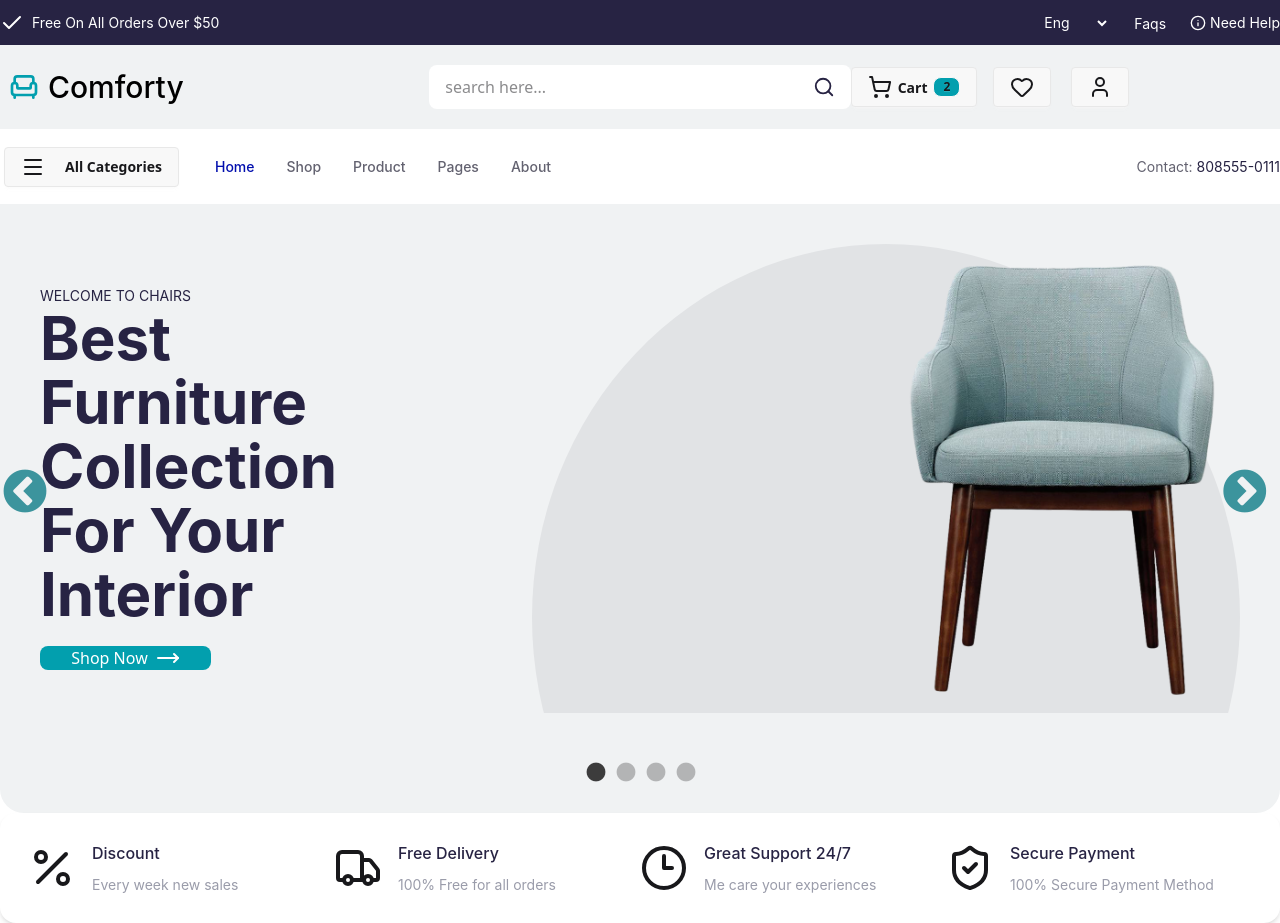
Repository: Neda0o0/store-template-website
Page: /
These files come from the project's save history. The page is drawn as it stood at one moment and after the next save; the edit follows.
The browser window is 1280 px wide. The pictures show the whole page.
The project was rebuilt for these pictures with package versions that can differ from the ones it lists, and the page was loaded fresh each time. Also part of the build but not shown: vite.config.js, src/Pages/Auth/Auth.jsx, src/Pages/Auth/Login/Login.jsx, src/Pages/Auth/Register/Register.jsx, src/Pages/Error/Error.jsx, src/AuthCheck/AuthCheck.jsx.

Above is the page before, as saved 2025-10-25 11:05:34.

After the next save:
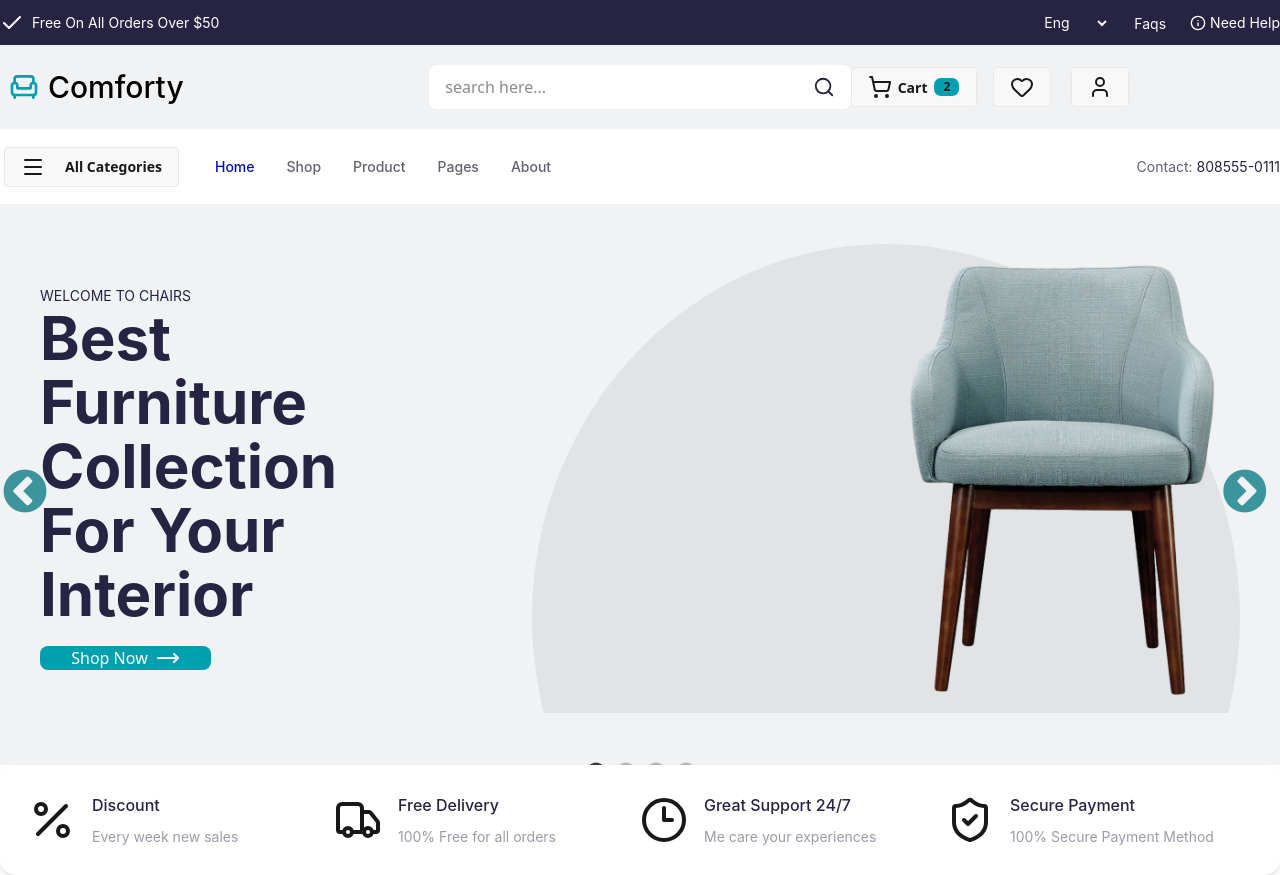
Saved 34 s later.
--- a/src/index.css
+++ b/src/index.css
@@ -76,3 +76,9 @@
   -webkit-font-smoothing: antialiased;
   -moz-osx-font-smoothing: grayscale;
 }
+
+.delivery_component {
+  margin-top: -3rem;
+  position: relative;
+  z-index: 5;
+}
